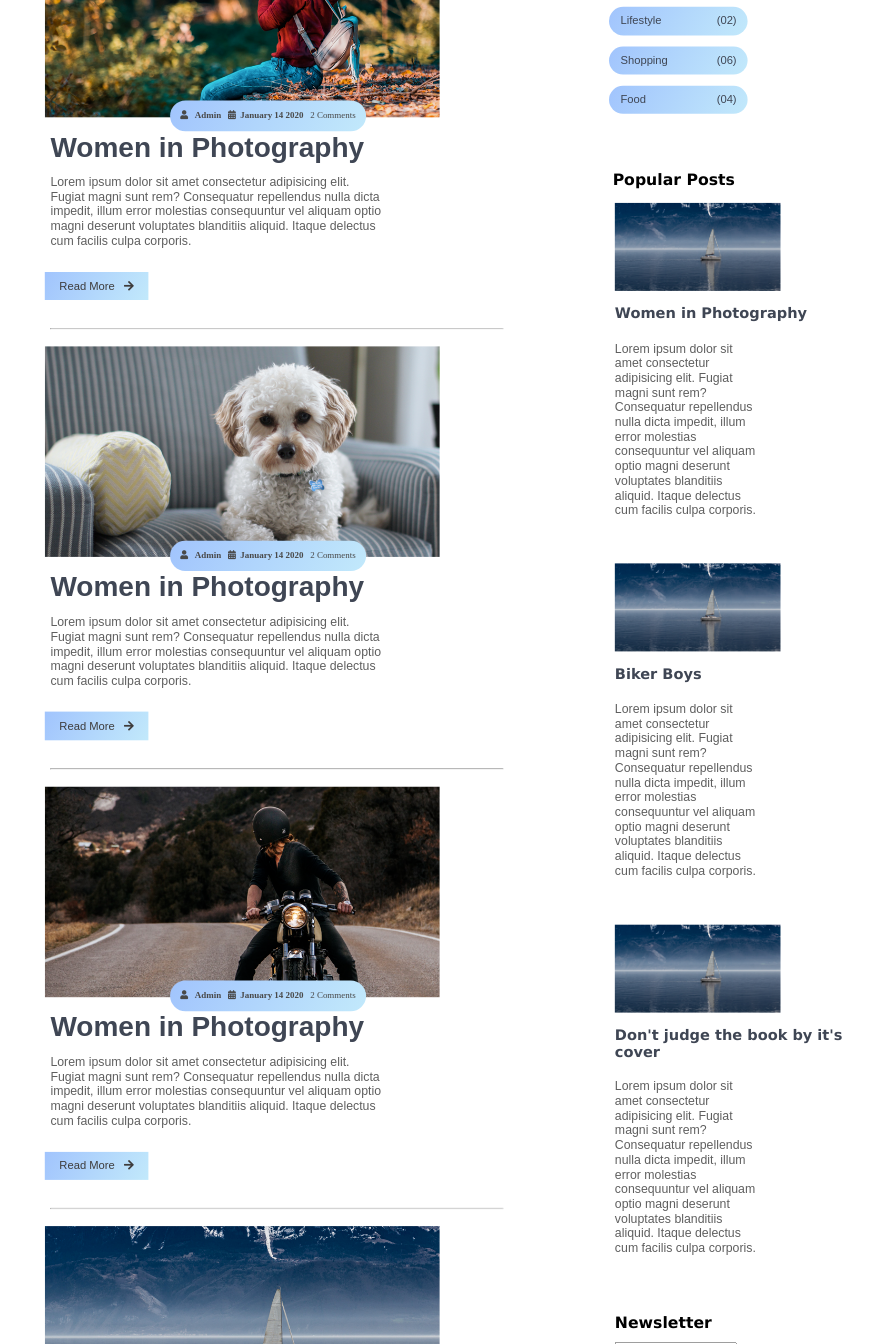
Repository: premjawaharp/Blogsite
Page: index.html
These files come from the project's save history. The page is drawn as it stood at one moment and after the next save; the edit follows.
The browser window is 1280 px wide. The pictures show the part of the page from y = 1432 to 3352 px (the page is 4271 px tall before and 4198 px after), at 70% of full size.

Above is the page before, as saved 2020-09-18 16:00:13.

After the next save:
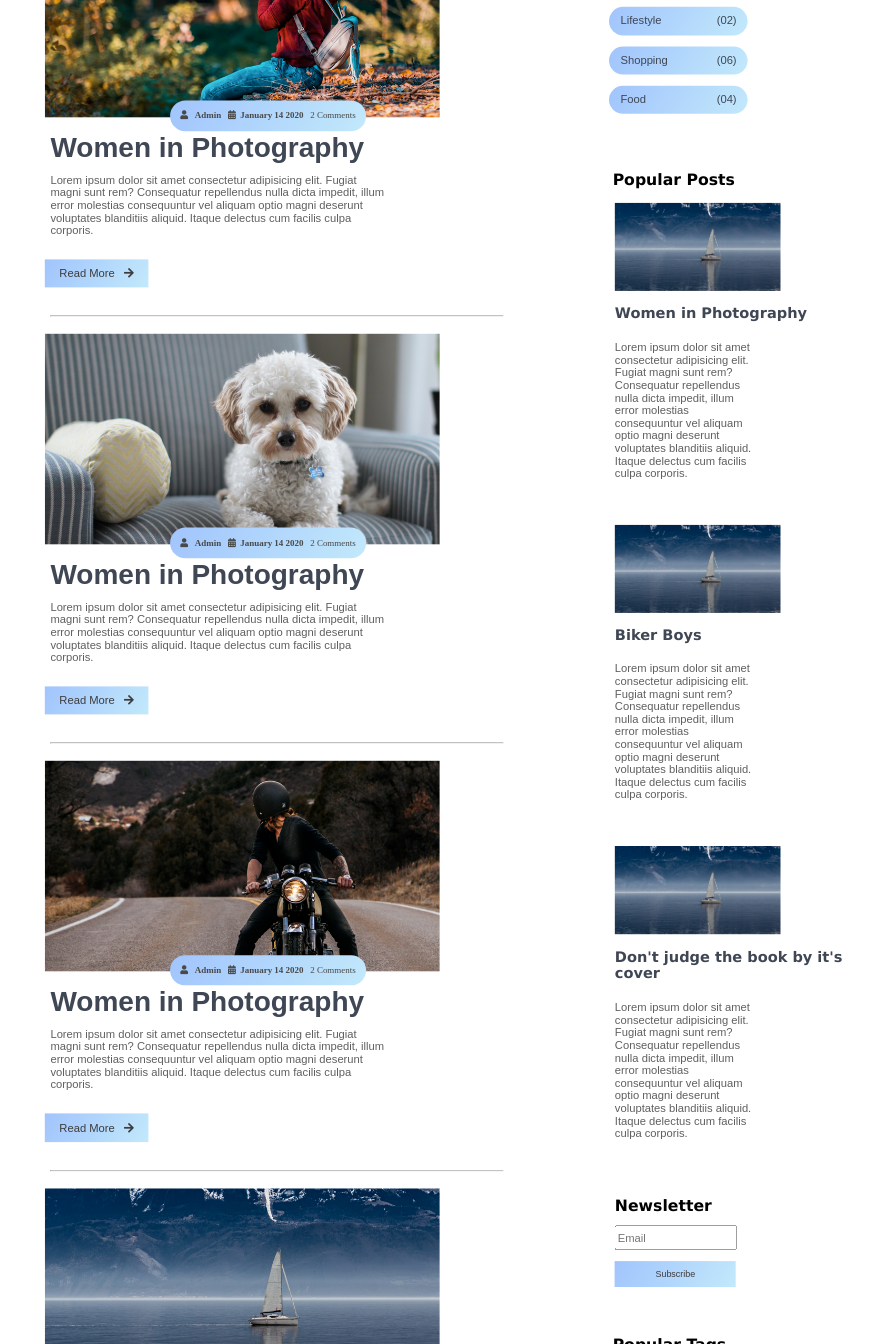
Saved 7 min 15 s later.
--- a/css/style.css
+++ b/css/style.css
@@ -88,7 +88,7 @@ button.btn{
 
 p{
     color: var(--text-light);
-    font-size: 1.1rem;
+    font-size: 1rem;
     margin-right: 40%;
     font-family: sans-serif;
 }
